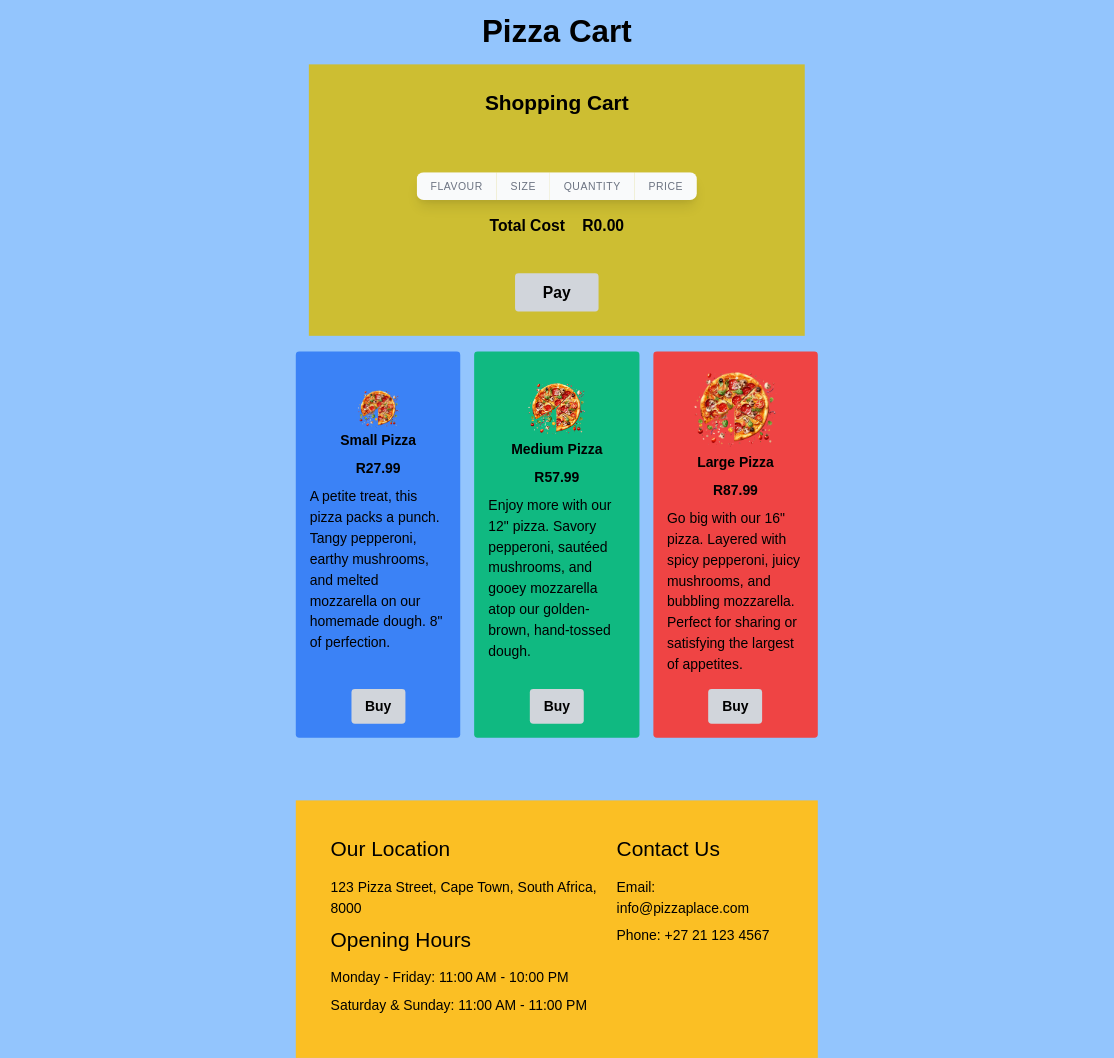
Repository: lasity34/pizza-cart-with-api
Page: index.html
The author's editor kept a copy of each file at every save. The page is drawn from the files as they stood at one save, then again after the next save.
The browser window is 1280 px wide. The pictures show the whole page, at 87% of full size.
The page's requests for data from a server got no answer. Some web fonts or font styles are not loaded; a fallback is used. Some web libraries are served in a nearby version.

Above is the page before, as saved 2023-07-13 14:21:57.
Console error (its wording comes from the project's code and is left out).

After the next save:
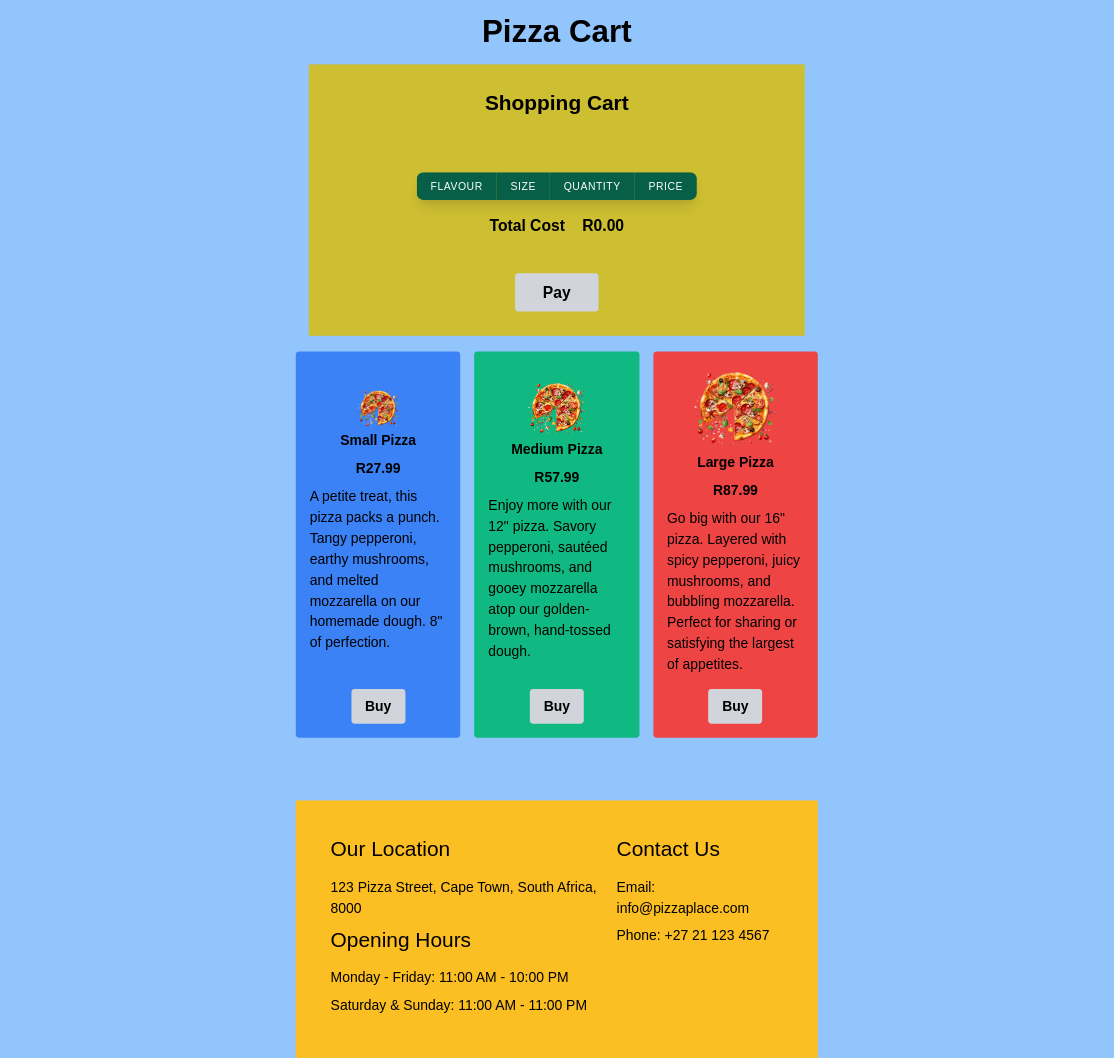
Saved 2 min 19 s later.
--- a/index.html
+++ b/index.html
@@ -36,15 +36,15 @@
         <div>
             <section class="mt-8">
                 <table class="table-auto w-full rounded-lg overflow-hidden shadow-lg max-w-md mx-auto">
-                    <thead class="bg-gray-50">
+                    <thead class="bg-green-800">
                         <tr>
-                            <th class="px-4 py-2 text-left text-xs font-medium text-gray-500 uppercase tracking-wider">Flavour</th>
-                            <th class="px-4 py-2 text-left text-xs font-medium text-gray-500 uppercase tracking-wider">Size</th>
-                            <th class="px-4 py-2 text-left text-xs font-medium text-gray-500 uppercase tracking-wider">Quantity</th>
-                            <th class="px-4 py-2 text-left text-xs font-medium text-gray-500 uppercase tracking-wider">Price</th>
+                            <th class="px-4 py-2 text-left text-xs font-medium text-white uppercase tracking-wider">Flavour</th>
+                            <th class="px-4 py-2 text-left text-xs font-medium text-white uppercase tracking-wider">Size</th>
+                            <th class="px-4 py-2 text-left text-xs font-medium text-white uppercase tracking-wider">Quantity</th>
+                            <th class="px-4 py-2 text-left text-xs font-medium text-white uppercase tracking-wider">Price</th>
                         </tr>
                     </thead>
-                    <tbody class="bg-white divide-y divide-gray-200">
+                    <tbody class="bg-green-300 divide-y divide-gray-200">
                         <template x-for="pizza in cartPizzas">
                             <tr>
                                 <td class="px-4 py-2 whitespace-nowrap text-sm text-gray-500" x-text="pizza.flavour"></td>
